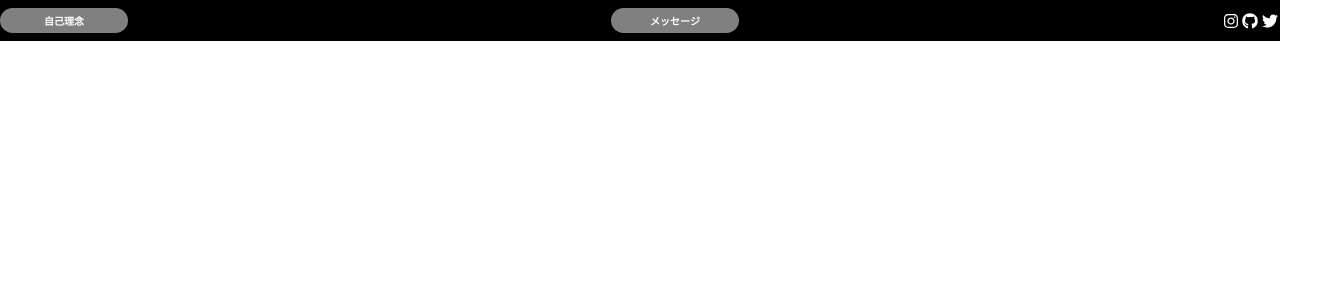
Repository: Rujuu-prog/react-mysite
Page: /
These files come from the project's save history. The page is drawn as it stood at one moment and after the next save; the edit follows.
The browser window is 1280 px wide. The page is 1280 px wide, then 1328 px, so the pictures cover 1328 px, including what lies to the right of the window. The pictures show the whole page.
The project was rebuilt for these pictures with package versions that can differ from the ones it lists, and the page was loaded fresh each time. A package was used in the major version that the imports need, not the one package.json lists.

Above is the page before, as saved 2021-05-12 15:51:41.

### src/App.tsx
import React from 'react';
import { BrowserRouter, Link, Switch, Route } from "react-router-dom";
// import { Router } from "./router/Router";
import './App.css';
import { PrimaryButton } from './components/atoms/button/PrimaryButton';
import { Github } from './components/atoms/icon/Github';
import { Instagram } from './components/atoms/icon/Instagram';
import { Twitter } from './components/atoms/icon/Twitter';
import { IconList } from './components/molecules/IconList';
import { HeaderOnly } from './components/templates/HeaderOnly';



export default function App() {
  return (
    // <BrowserRouter>
      <div className="App" >
        <HeaderOnly/>

      </div>
    // </BrowserRouter>
  );
}

### src/components/templates/HeaderOnly.tsx
import React from "react";
import { Link } from "react-router-dom";
import styled from "styled-components";

import { Header } from "../atoms/layout/Header";
import { PrimaryButton } from "../atoms/button/PrimaryButton"
import { IconList } from "../molecules/IconList";

type Props = {
    children?: React.ReactNode;
};

export const HeaderOnly: React.FC<Props> = ({children}) => {
    return (
    <>
        <Header>
            <PrimaryButton>自己理念</PrimaryButton>
            <PrimaryButton>メッセージ</PrimaryButton>
            <IconList/>
        </Header>
        {children}
    </>
    );
};


// const SLink = styled(Link)`
//     margin: 0 8px;
// `;

### src/components/atoms/layout/Header.tsx
import React from "react";
import styled from "styled-components";

import { PrimaryButton } from '../button/PrimaryButton'

type Props = {
    children?: React.ReactNode;
}

export const Header: React.FC<Props> = ({children}) => {
    return (<SHeader>{children}</SHeader>);
};

const SHeader = styled.header`
    display: flex;
    justify-content: space-between;
    align-items: center;
    width: 100%;
    height: 20%;
    background-color: black;
    color: #fff;
    text-align: center;
    padding: 8px 0;
`;

### src/components/atoms/button/PrimaryButton.tsx
import styled from "styled-components";
import { BaseButton } from "./BaseButton";

export const PrimaryButton = (props:any) => {
    const { children } = props;
    return <SButton>{children}</SButton>;
};

const SButton = styled(BaseButton)`
    background-color: gray;
    width: 10%;
    font-size: 10px;
    padding: 5px;
`;

### src/components/molecules/IconList.tsx
import React from "react";
import styled from "styled-components";
import { Github } from "../atoms/icon/Github";
import { Instagram } from "../atoms/icon/Instagram";
import { Twitter } from "../atoms/icon/Twitter";

export const IconList:React.FC = () => {
    return(
        <SIconContainer>
            <Instagram/>
            <Github/>
            <Twitter/>
        </SIconContainer>
    );
};

const SIconContainer = styled.div`
    display: flex;
    align-items: center;
`;

### src/components/atoms/button/BaseButton.tsx
import styled from "styled-components";

export const BaseButton = styled.button`
    color: #fff;
    font-weight: bold;
    padding: 6px 24px;
    border: none;
    border-radius: 9999px;
    outline: none;
    &:hover {
        cursor: pointer;
        opacity: 0.8;
    }
`;

### src/components/atoms/icon/Github.tsx
import { faGithub, faInstagram } from "@fortawesome/free-brands-svg-icons";
import { FontAwesomeIcon } from "@fortawesome/react-fontawesome"

const IconStyle = {
    padding:"2",
    fontsize:"50"
}

export const Github:React.FC = () => {
    return(<FontAwesomeIcon style={IconStyle} icon={faGithub}></FontAwesomeIcon>);
}

### src/components/atoms/icon/Instagram.tsx
import { faInstagram } from "@fortawesome/free-brands-svg-icons";
import { FontAwesomeIcon } from "@fortawesome/react-fontawesome"

const IconStyle = {
    padding:"2",
    fontsize:"50"
}

export const Instagram:React.FC = () => {
    return(<FontAwesomeIcon style={IconStyle} icon={faInstagram}></FontAwesomeIcon>);
}

### src/components/atoms/icon/Twitter.tsx
import { faInstagram, faTwitter } from "@fortawesome/free-brands-svg-icons";
import { FontAwesomeIcon } from "@fortawesome/react-fontawesome"

const IconStyle = {
    padding:"2",
    fontsize:"50"
}

export const Twitter:React.FC = () => {
    return(<FontAwesomeIcon style={IconStyle} icon={faTwitter}></FontAwesomeIcon>);
}

Loaded but not shown: public/index.html (common file); src/index.tsx (common file); src/index.css (common file); src/reportWebVitals.ts (common file); src/App.css (common file)

After the next save:
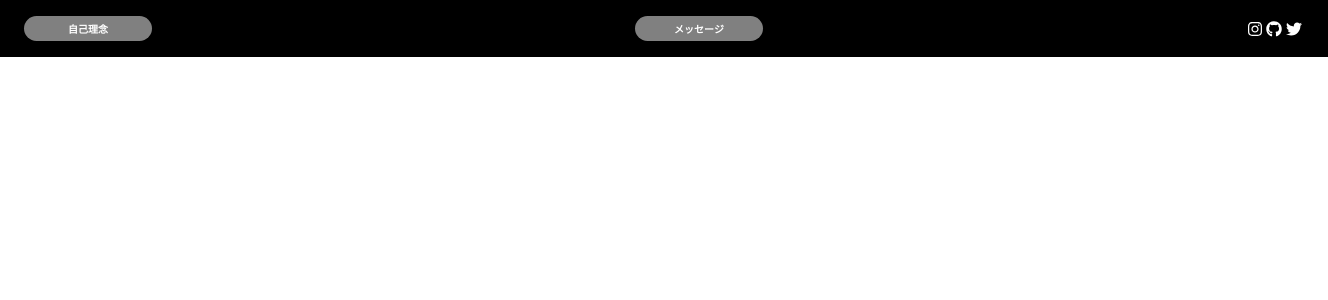
Saved 2 min 1 s later.
--- a/src/components/atoms/layout/Header.tsx
+++ b/src/components/atoms/layout/Header.tsx
@@ -20,5 +20,5 @@ const SHeader = styled.header`
     background-color: black;
     color: #fff;
     text-align: center;
-    padding: 8px 0;
+    padding: 16px 24px;
 `;
